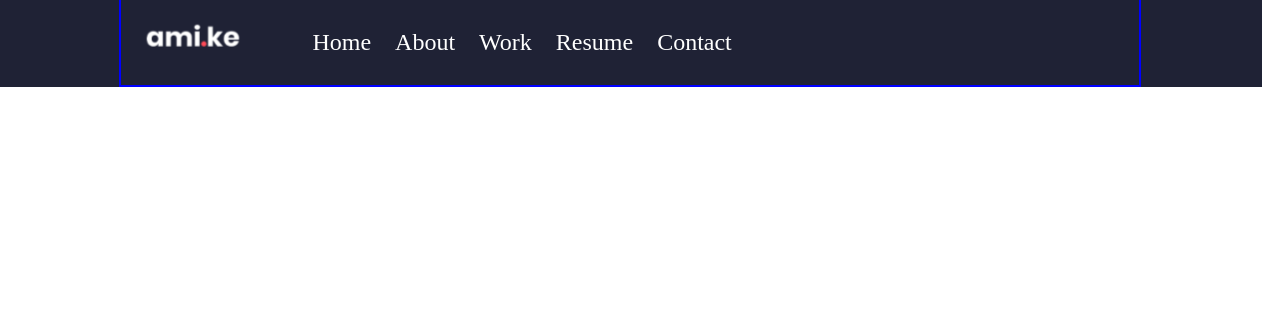
Repository: imokha01/HTML
Page: index.html
An editor plug-in stored every save of this project. The page is shown before and after the next save, followed by the edit.
The browser window is 1280 px wide. The pictures show the whole page.

Above is the page before, as saved 2023-11-18 13:40:08.

### index.html
<!DOCTYPE html>
<html lang="en">
<head>
    <meta charset="UTF-8">
    <meta name="viewport" content="width=device-width, initial-scale=1.0">
    <title>My Web Page</title>
    <link rel="stylesheet" href="./index.css">
</head>
<body>
    <!-- NAVIGATION BAR -->
    <header class="banner">
        <div class="nav_bar">
            <a href="#home"><img src="./assets/logo.png" alt="logo" id="logo"></a>
            <nav class="links">
                <ul>
                    <li> <a href="" id="home">Home</a></li>
                    <li> <a href="">About</a></li>
                    <li> <a href="">Work</a></li>
                    <li><a href="">Resume</a></li>
                    <li><a href="">Contact</a></li>
                </ul>
            </nav>
        </div>
    </header>

      <!-- HOME PAGE-->
      <!-- <div class="home_page">
        <div>
            <div>
                <p>Hello, I'am</p>
                <h1>Ahmed Wahab</h1>
                <span>I am a web developer</span>
                <a href="contact"><button>Get in Touch</button></a>
            </div>
            <div>
                <div>
                    <h2>100</h2>
                    <h4 id="client">HAPPY CLIENTS</h4>
                    <p id="client_response">Lorem ipsum dolor sit amet consectetur, adipisicing elit. Eius sit cupiditate voluptatum veritatis
                        libero id! Quasi a recusandae odio.
                    </p>
                </div>
                <div>
                    <h2>12</h2>
                    <h4 id="awards">AWARDS</h4>
                    <p id="award_discription">Lorem ipsum dolor sit amet, consectetur adipiscing elit, sed do eiusmod tempor incididunt
                        ut labore et dolore magna aliqua.</p>
                </div>
            </div>
        </div>
        <div class="my_image">
            <img src="./assets/image.png" alt="My image">
        </div>
    </div> -->

</body>
</html>

### index.css
head {
    width: 100%;
    height: 100%;
}
.banner {
    background-color: #1f2235;
    display: flex;
    width: 100%;
    height: 100%;
    margin: -10px;
}

.banner > .nav_bar {
    display: flex;
    margin: auto ;
    padding: 3px;
    height: 60%;
    width: 80%;
   border: 2px solid blue;

}
#logo {
    /* display: flex;  */
    padding: 20px;
    /* justify-content: flex-start;
    align-items: center; */
}

li {
    list-style-type: none;
    font-size: 24px;
    display: inline-flex;

    /* justify-content: flex-end;
    align-items: center; */
}

li > a {

    color: white;
    text-decoration: none;
    padding: 10px;

}

After the next save:
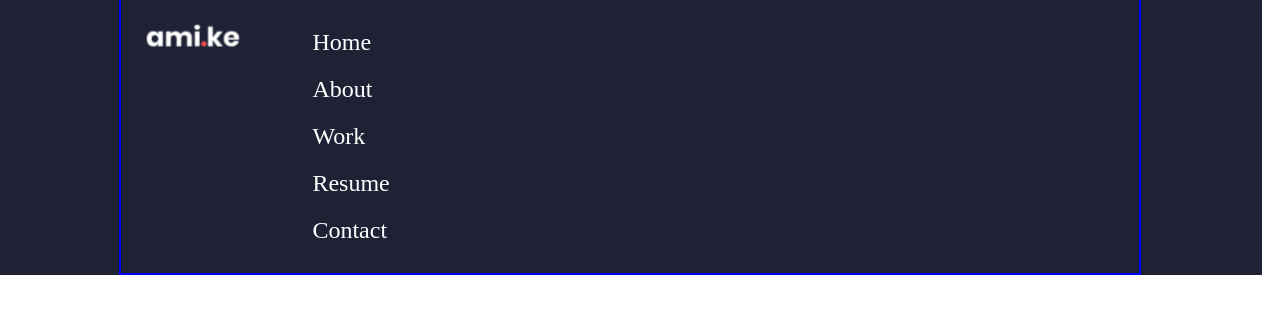
Saved 4 s later.
--- a/index.css
+++ b/index.css
@@ -29,7 +29,7 @@
 li {
     list-style-type: none;
     font-size: 24px;
-    display: inline-flex;
+    display: flex;
 
     /* justify-content: flex-end;
     align-items: center; */

After the save that followed:
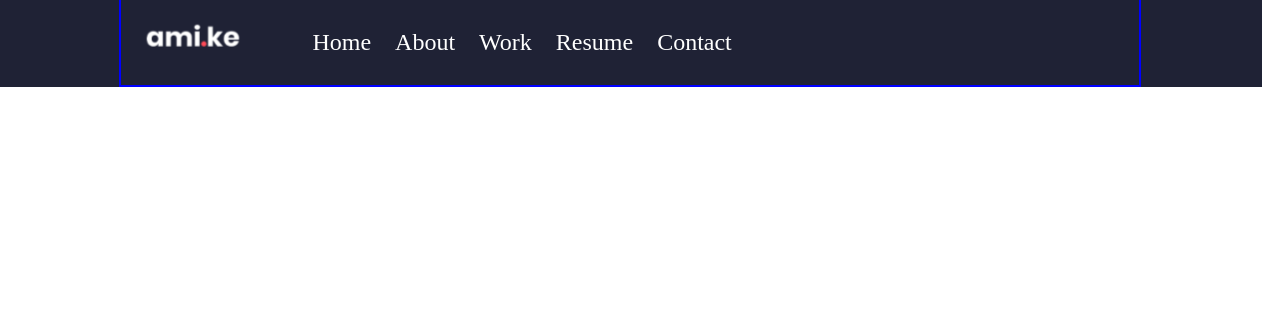
Saved 22 s later.
--- a/index.css
+++ b/index.css
@@ -29,7 +29,7 @@
 li {
     list-style-type: none;
     font-size: 24px;
-    display: flex;
+    display: inline-flex;
 
     /* justify-content: flex-end;
     align-items: center; */
